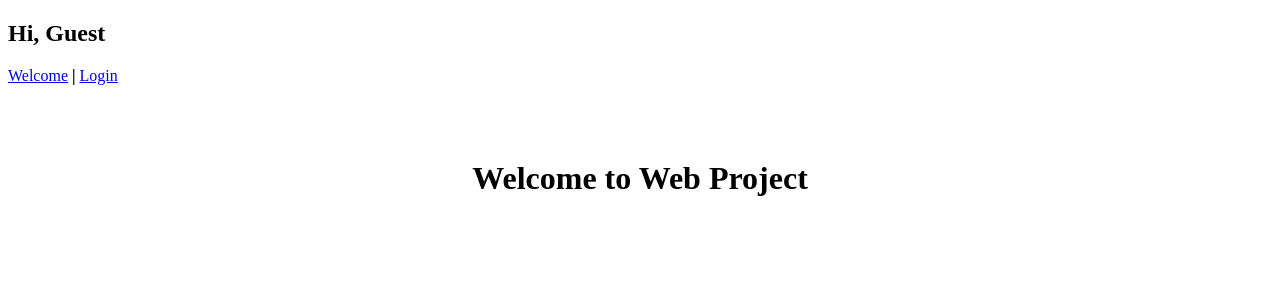
Repository: Ajay12Ajay/Advance_Java
Page: http://localhost/Advance_Web_Project/Welcome.jsp
An editor plug-in stored every save of this project. The page is shown before and after the next save, followed by the edit.
The browser window is 1280 px wide. The pictures show the whole page.
The page is served by Tomcat 9. Nobody is signed in. The application's start-up code is not run. Other server files are loaded and not shown.

Above is the page before, as saved 2025-07-24 16:37:54.

### Advance_Web_Project/WebContent/Welcome.jsp
<%@ page language="java" contentType="text/html; charset=UTF-8"
	pageEncoding="UTF-8"%>
<!DOCTYPE html>
<html>
<head>
<meta charset="UTF-8">
<title>Welcome to JSP</title>
</head>
<body>
<%@ include file="Header.jsp" %>
<br><br><br>

	<div align="center">
		<h1>Welcome to Web Project</h1>
	</div>


</body>
</html>

### Advance_Web_Project/WebContent/Header.jsp
<%@ page language="java" contentType="text/html; charset=UTF-8"
	pageEncoding="UTF-8"%>
<!DOCTYPE html>
<html>
<head>
<meta charset="UTF-8">
<title>Insert title here</title>
</head>
<body>

	<div>
		<h2>Hi, Guest</h2>
		<a href="WelcomeCtl">Welcome</a>
		<b>|</b>
		<a href="LoginCtl">Login</a>
	</div>

</body>
</html>

After the next save:
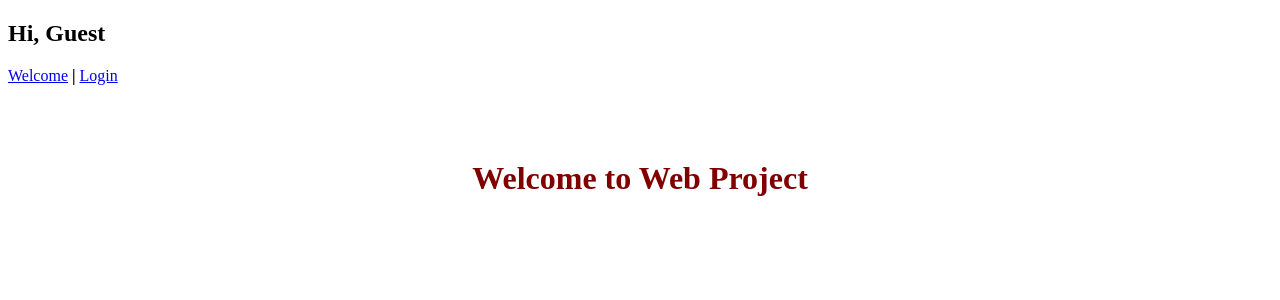
Saved 5 min 48 s later.
--- a/Advance_Web_Project/WebContent/Welcome.jsp
+++ b/Advance_Web_Project/WebContent/Welcome.jsp
@@ -7,11 +7,13 @@
 <title>Welcome to JSP</title>
 </head>
 <body>
-<%@ include file="Header.jsp" %>
-<br><br><br>
+	<%@ include file="Header.jsp"%>
+	<br>
+	<br>
+	<br>
 
 	<div align="center">
-		<h1>Welcome to Web Project</h1>
+		<h1 style="color: maroon;">Welcome to Web Project</h1>
 	</div>
 
 
